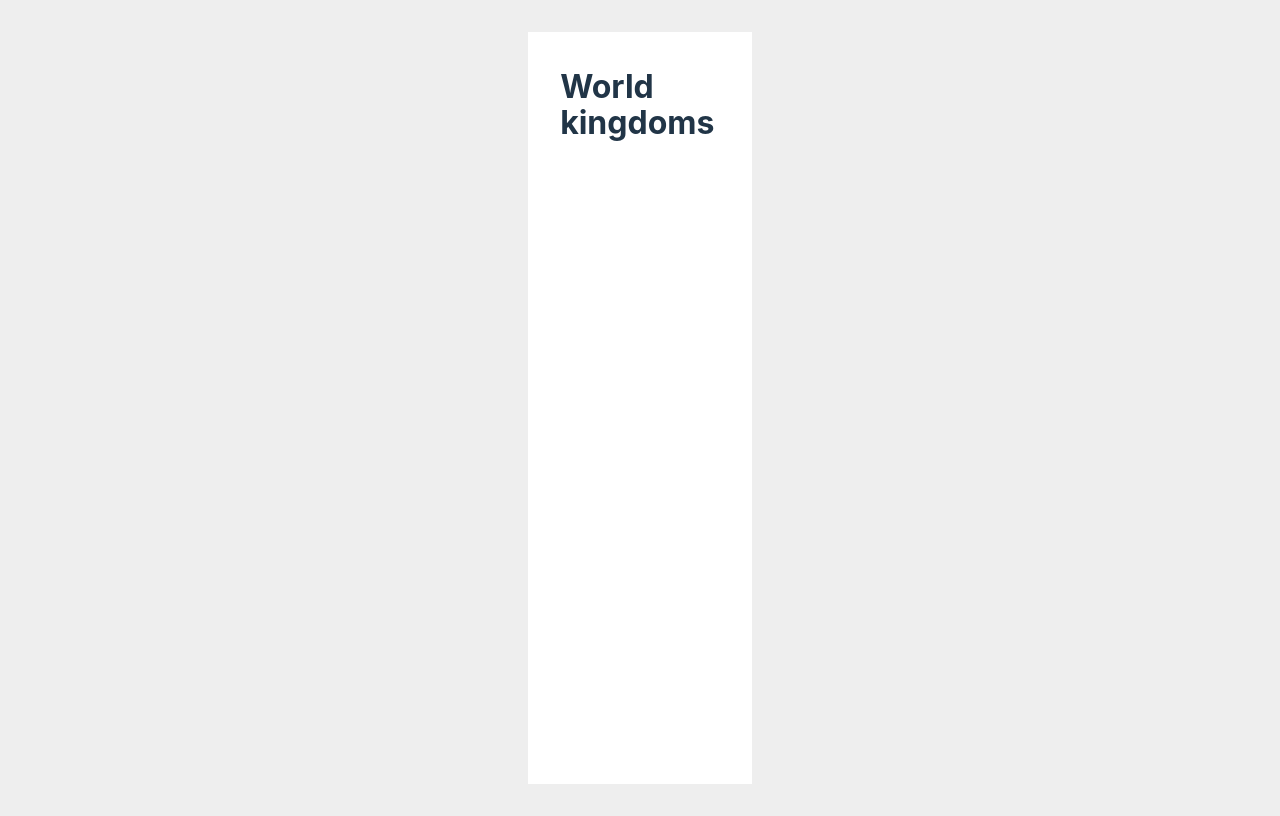
Repository: SamanthaYan298/my_world_kingdoms
Page: /
An editor plug-in stored every save of this project. The page is shown before and after the next save, followed by the edit.
The browser window is 1280 px wide. The pictures show the whole page.
The page's requests for data from a server got no answer. The project was rebuilt for these pictures with package versions that can differ from the ones it lists, and the page was loaded fresh each time. No one was signed in, and anything a server would have sent is missing. Also part of the build but not shown: vite.config.js.

Above is the page before, as saved 2024-11-20 17:51:51.

### src/App.jsx
import { useEffect, useState } from 'react'
import './App.css'
import Countries from '../components/Countries';

function App() {

  const [query, setQuery] = useState('');
  const [countries, setCountries] = useState([]);
  const [fetchStatus, setFetchStatus] = useState('idle');

  // load data on mount - only load once
  useEffect(() => {
    const url = `https://restcountries.com/v3.1/all`;

    async function fetchData() {
      let response, data;
      try{
        setFetchStatus('loading');
        response = await fetch(url);
        data = await response.json();
        setCountries(data);
        setFetchStatus('idle');
      } catch(e) {
        setFetchStatus('error');
        console.error(e.message);
      }
    }

    fetchData();

  }, [query]);

  let filteredCountries = [...countries];

  return (
    <>
    <div className='countries'>
      <h1>World kingdoms</h1>
      <Countries countries={filteredCountries} />
    </div>

    </>
  )
}

export default App

### src/App.css
#root {
  max-width: 1280px;
  margin: 0 auto;
  padding: 2rem;
  text-align: center;
}

body {
  background: #eee;
  margin: 0;
}

h1 {
  display: block;
  font-size: 2em;
  margin-block-start: 0.67em;
  margin-block-end: 0.67em;
  margin-inline-start: 0px;
  margin-inline-end: 0px;
  font-weight: bold;
  unicode-bidi: isolate;
  text-align: left;
}

.countries {
  width: 50%;
  background: #fff;
  margin: 0 auto;
  padding: 1em 2em;
  height: 100vh;
}

### components/Countries.jsx
import '../src/App.css'

function Countries({ countries }) {

    return (
      <div className='outer-container'>
        {countries.map((country, index) => (
            <div key={index} className='cards-container'>
              <div className='cards'>
                <div className='cards-header'>
                  <div>
                    <img src={country.flags.png} alt={`Flag of ${country.name.common}`} />
                  </div>
                  <h4 className='name'>{country.name.common}</h4>
                </div>
                <div>
                  <div className='country-info'>
                    <p>
                      <span><strong>Offical name: </strong></span>
                      <span>{country.name.official}</span>
                    </p>
                    <p>
                      <span><strong>Capital: </strong></span>
                      <span>{country.capital}</span>
                    </p>
                    <p>
                      <span><strong>Population: </strong></span>
                      <span>{country.population}</span>
                    </p>
                    <p>
                      <span><strong>Languages: </strong></span>
                      <span>{country.languages ? Object.values(country.languages).join(', ') : 'N/A'}</span>
                    </p>
                    <p>
                      <span><strong>Currency: </strong></span>
                      <span>{country.currencies ? Object.values(country.currencies).map(currency => currency.name).join(', ') : 'N/A'}</span>
                    </p>
                    <p>
                      <span><strong>Area (mi2): </strong></span>
                      <span>{country.area}</span>
                    </p>
                    <p>
                      <span><strong>Subregion: </strong></span>
                      <span>{country.subregion}</span>
                    </p>
                    <p>
                      <span><strong>Continents: </strong></span>
                      <span>{country.continents.join(', ')}</span>
                    </p>
                    <p>
                      <span><strong>Borders: </strong></span>
                      <span className='borders'>{country.borders}</span>
                    </p>
                    <div className='links'>
                      <a href={`https://www.google.com/maps/search/?api=1&query=${country.name.common}`} target="_blank">Show on Google Maps</a>
                    </div>
                  </div>
                </div>
              </div>
            </div>
          ))}
      </div>
    );
  }

  export default Countries;

Loaded but not shown: index.html (common file); src/main.jsx (common file); src/index.css (common file)

After the next save:
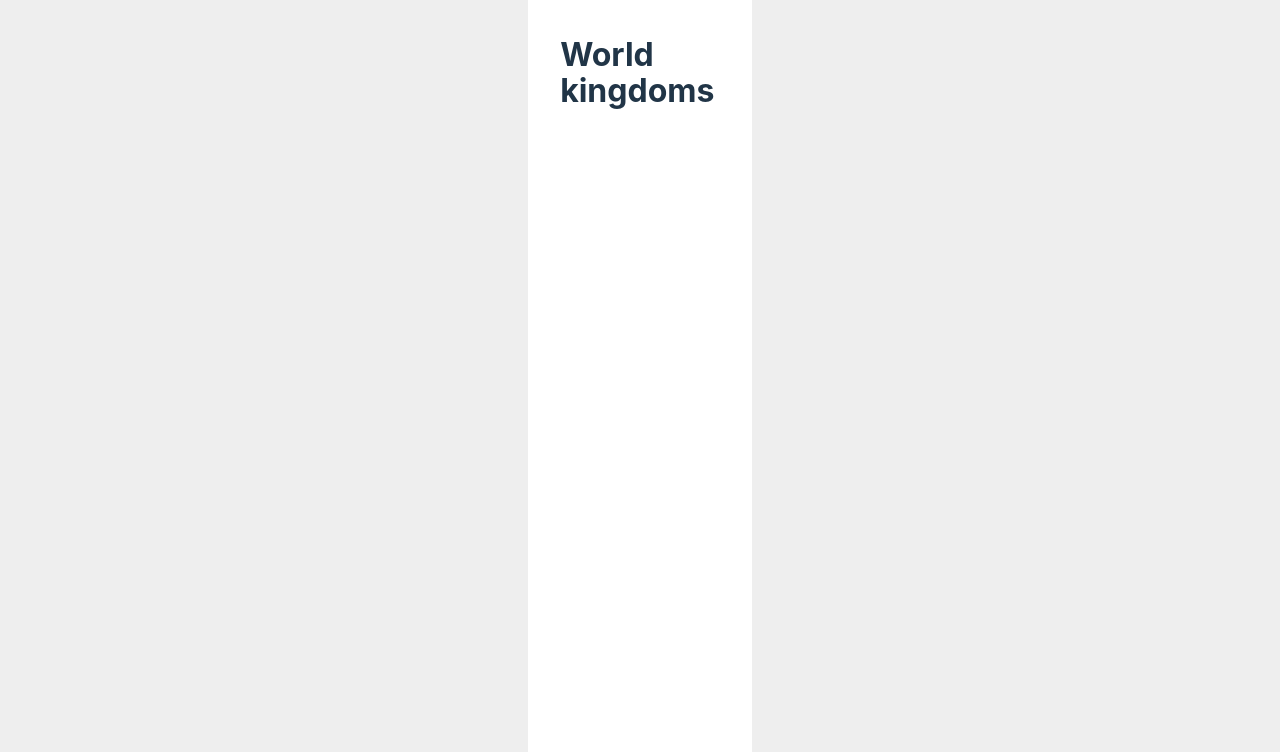
Saved 11 s later.
--- a/src/App.css
+++ b/src/App.css
@@ -1,7 +1,7 @@
 #root {
   max-width: 1280px;
   margin: 0 auto;
-  padding: 2rem;
+  padding: 0 2rem;
   text-align: center;
 }
 
